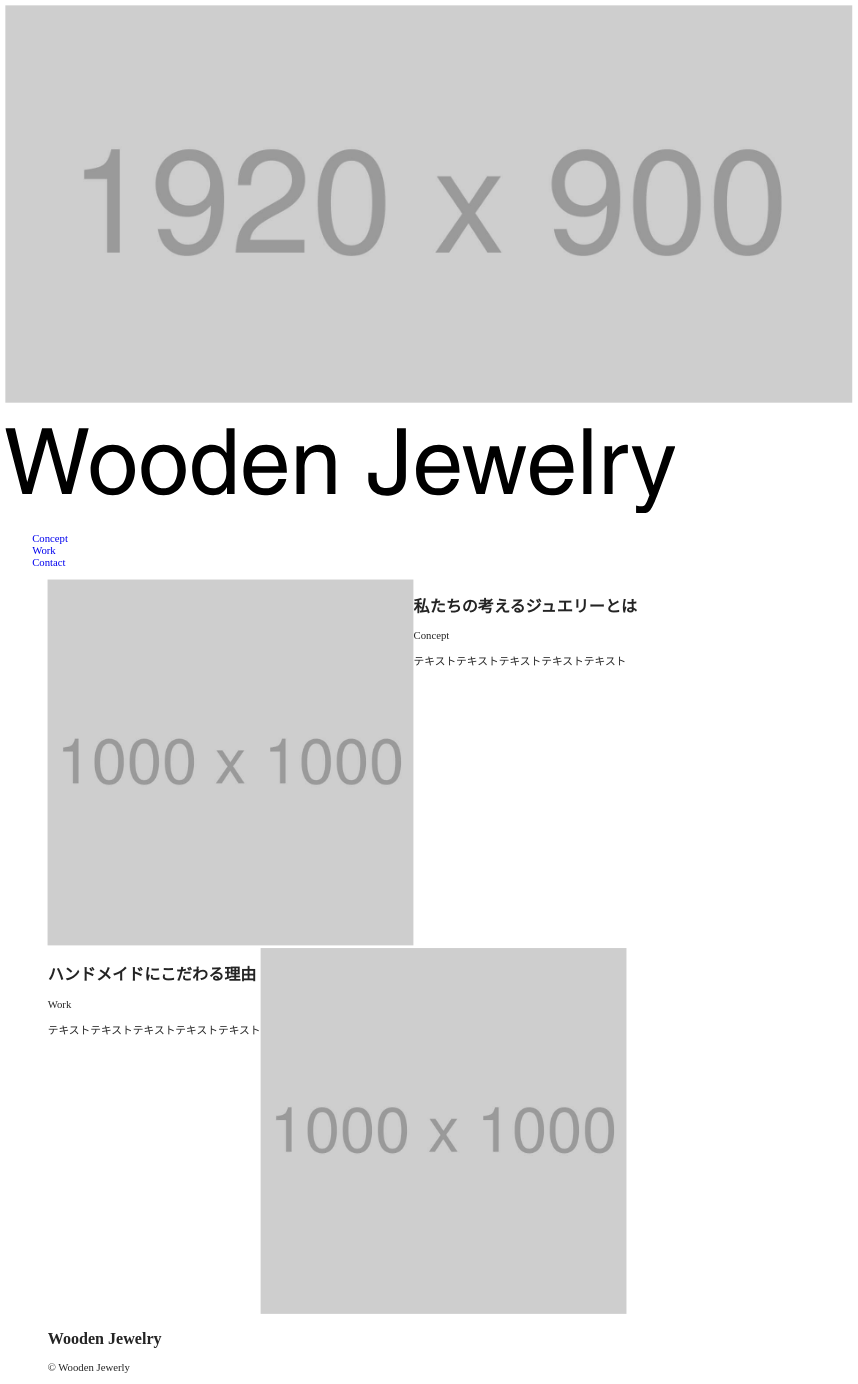
Repository: Fuki-san/jewelry
Page: http://localhost/jewelry
These files come from the project's save history. The page is drawn as it stood at one moment and after a run of saves; the edit follows.
The browser window is 1280 px wide. The pictures show the whole page, at 67% of full size.
The page is served by the project's Laravel application, run on PHP 8.4 with Laravel 10.

Above is the page before, as saved 2023-11-25 13:48:09.

After the next 3 saves:
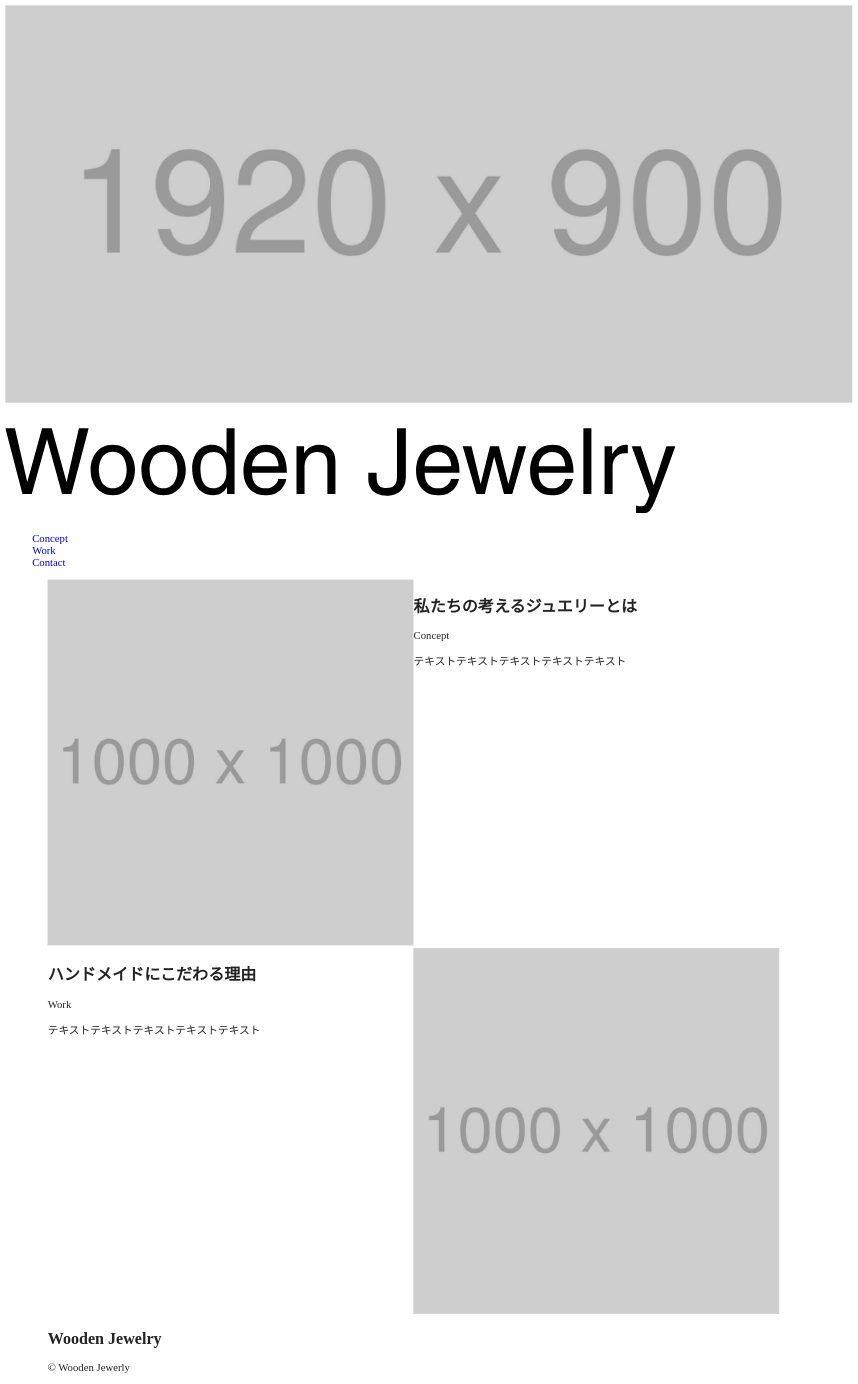
The 3 saves are shown as one change because they came seconds apart.
The last was saved 10 s later.
--- a/public/css/style.css
+++ b/public/css/style.css
@@ -24,3 +24,6 @@ img{
 .img{
     width: 48%;
 }
+.text{
+    width: 48%;
+}
